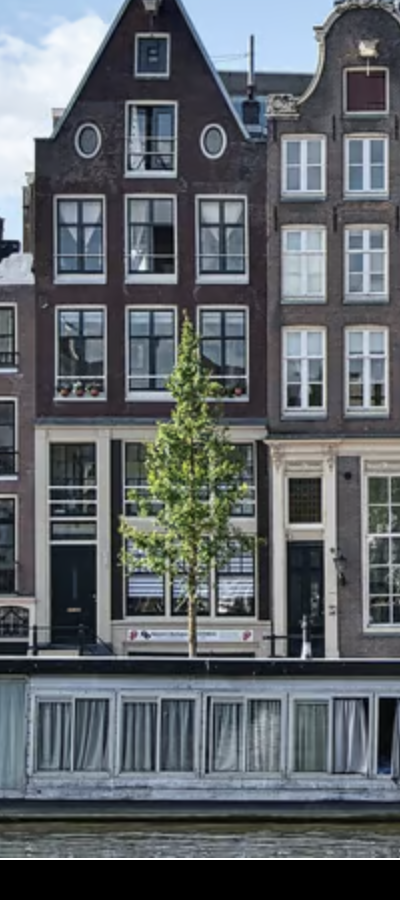
Repository: Ehye-tech/CloudResize
Script's output: python CloudResizeApp/cloudResize.py
An editor plug-in stored every save of this project. The script's output is shown before and after the next save, followed by the edit.
Random numbers start from a fixed seed. It also reads CloudResizeApp/buildings.jpg.

Above is the script's output before, as saved 2024-08-10 11:58:19.

After the next save:
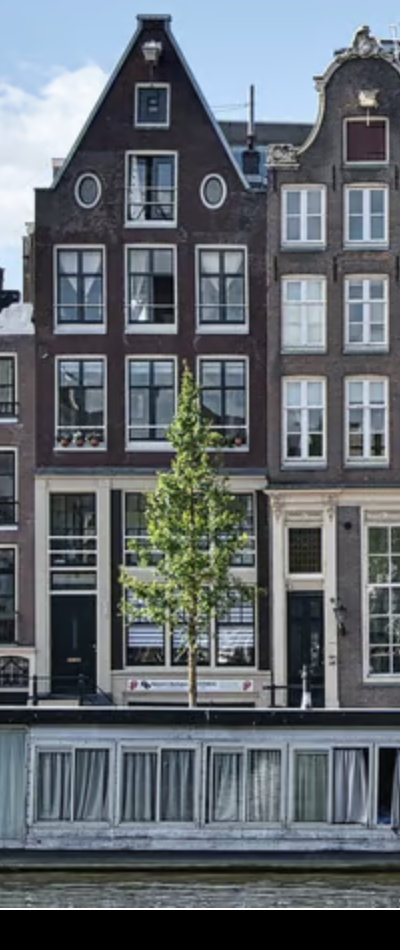
Saved 7 s later.
--- a/CloudResizeApp/cloudResize.py
+++ b/CloudResizeApp/cloudResize.py
@@ -12,5 +12,5 @@ type(img)
 # img.size
 # img.mode
 
-cropped = img.crop((300,100,700,1000))
+cropped = img.crop((300,50,700,1000))
 cropped.show()
